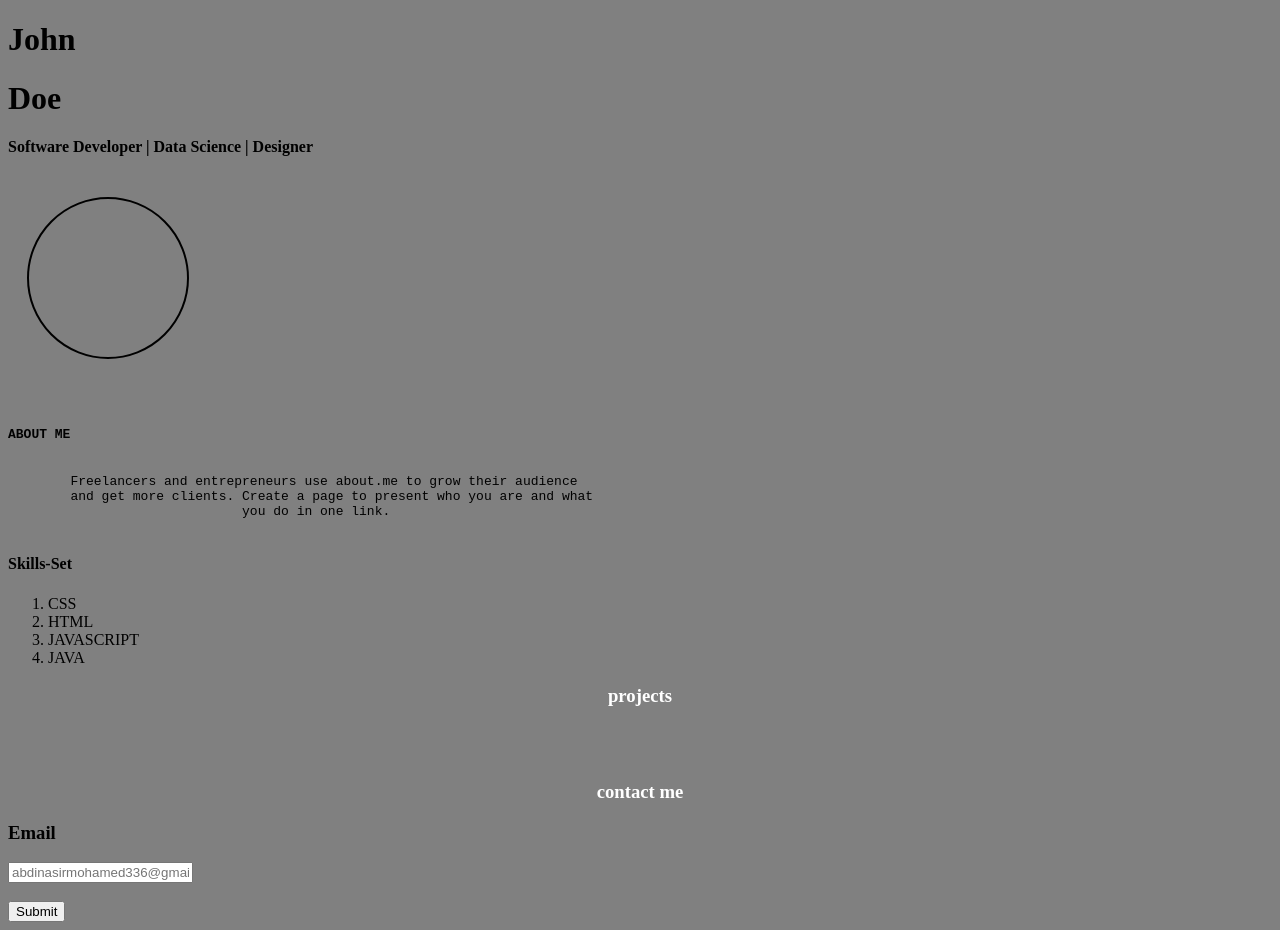
Repository: mrjayajay/week-1-code-challenges
Page: assignment/index.html
An editor plug-in stored every save of this project. The page is shown before and after the next save, followed by the edit.
The browser window is 1280 px wide. The pictures show the whole page.

Above is the page before, as saved 2024-03-12 11:43:55.

After the next save:
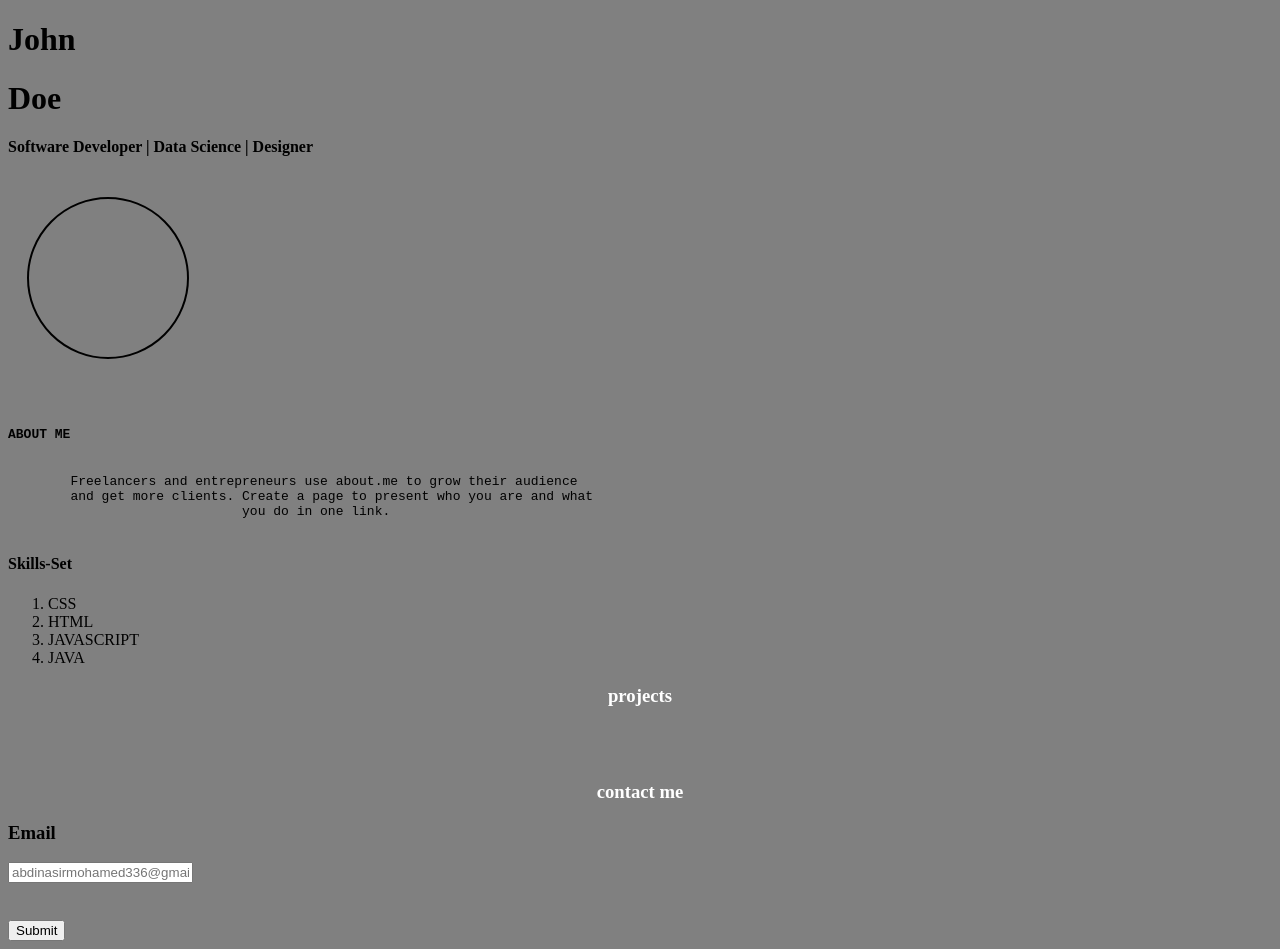
Saved 46 s later.
--- a/assignment/index.html
+++ b/assignment/index.html
@@ -54,7 +54,9 @@
             <h3 class="zenz">Email</h3>
             <input type="email" placeholder="abdinasirmohamed336@gmail.com" class="zenz">
         </div>
-
+        <div id="class">
+            <h3 class="zenz"></h3>
+        </div>
     <br>
     <div id="sub">
         <input type="submit" id="cnn" class="zenz">
